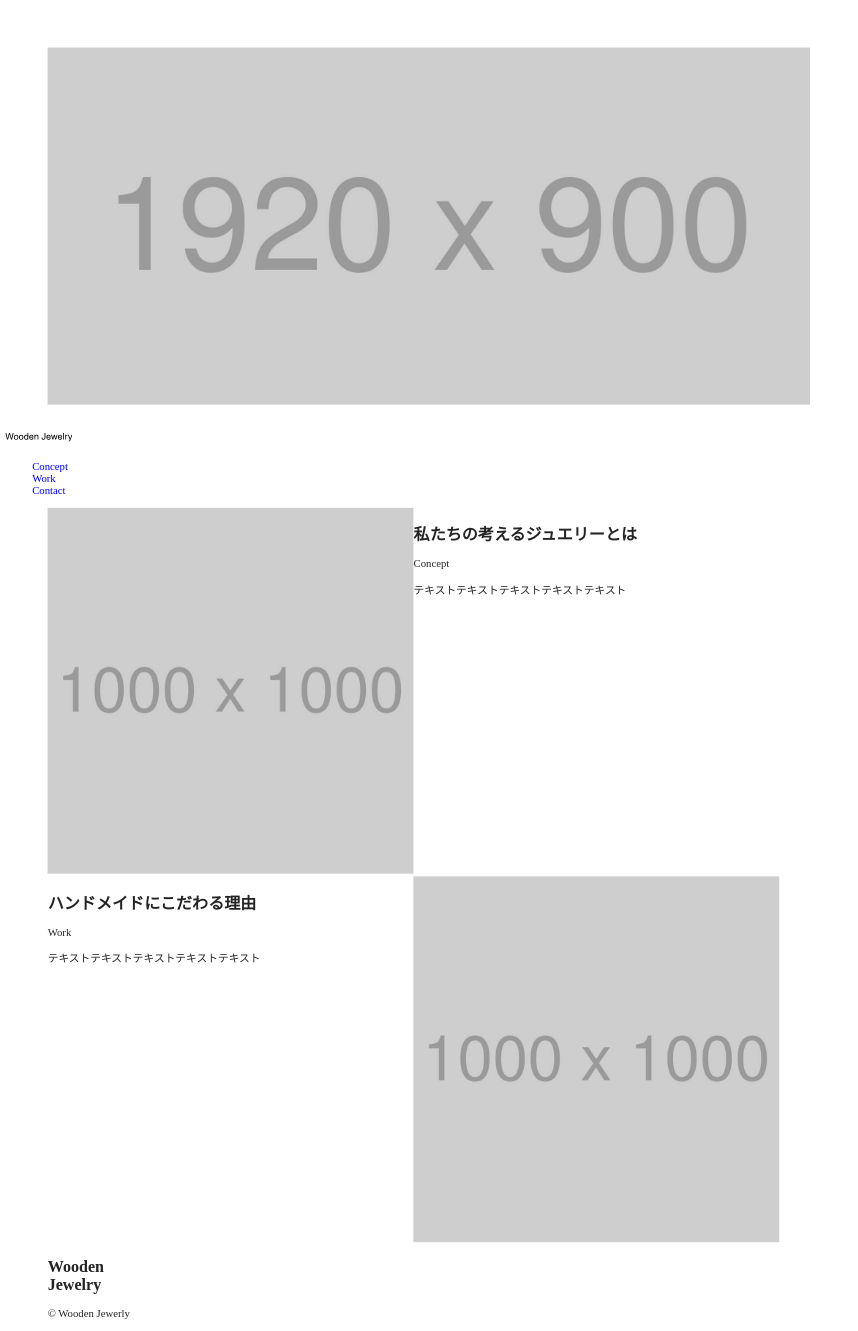
Repository: Fuki-san/jewelry
Page: http://localhost/jewelry
The author's editor kept a copy of each file at every save. The page is drawn from the files as they stood at one save, then again after the next save.
The browser window is 1280 px wide. The pictures show the whole page, at 67% of full size.
The page is served by the project's Laravel application, run on PHP 8.4 with Laravel 10. Other server files are loaded and not shown.

Above is the page before, as saved 2023-11-25 14:32:46.

### routes/web.php
<?php

use Illuminate\Support\Facades\Route;

/*
|--------------------------------------------------------------------------
| Web Routes
|--------------------------------------------------------------------------
|
| Here is where you can register web routes for your application. These
| routes are loaded by the RouteServiceProvider and all of them will
| be assigned to the "web" middleware group. Make something great!
|
*/

Route::get('/', function () {
    return view('welcome');
});

Route::get('jewelry', function () {
    return view('jewelry');
});

### resources/views/jewelry.blade.php
@extends('layouts.main')

@section('title', 'jewelry')

@section('content')
    <div id="mainvisual">
        <img src="img/mainvisual.jpg">
    </div>
    <header id="header">
        <h1 class="site-title"><a href="#"><img src="img/logo.svg"></a></h1>
        <nav>
            <ul>
                <li><a href="#concept">Concept</a></li>
                <li><a href="#work">Work</a></li>
                <li><a href="mailto:xxx@xxx.xxx?subject=お問い合わせ">Contact</a></li>
            </ul>
        </nav>
    </header>

    <div class="container">
        <main>
            <section id="concept" class="content">
                <div class="img">
                    <img src="img/concept.jpg">
                </div>
                <div class="text">
                    <h2 class="section-title">私たちの考えるジュエリーとは</h2>
                    <span class="section-title-en">Concept</span>
                    <p>テキストテキストテキストテキストテキスト</p>
                </div>
            </section>

            <section id="work" class="content">
                <div class="text">
                    <h2 class="section-title">ハンドメイドにこだわる理由</h2>
                    <span class="section-title-en">Work</span>
                    <p>テキストテキストテキストテキストテキスト</p>
                </div>
                <div class="img">
                    <img src="img/work.jpg">
                </div>
            </section>
        </main>

        <footer id="footer">
            <h2 class="site-title">Wooden Jewelry</h2>
            <p class="copyright">&copy; Wooden Jewerly</p>
        </footer>
    </div>

@endsection

### resources/views/layouts/main.blade.php
<!DOCTYPE html>
<html lang="ja">
<head>
    <meta charset="UTF-8">
    <meta name="viewport" content="width=device-width, initial-scale=1.0">
    <meta http-equiv="X-UA-Compatible" content="ie=edge">
    <link rel="stylesheet" href="{{ asset('css/reset.css') }}">
    <link rel="stylesheet" href="{{ asset('css/style.css') }}">
    <link rel="icon" href="img/favicon.ico">
    <title>@yield('title')</title>
</head>
<body>
    @yield('content')
</body>
</html>

### public/css/style.css
html{
    font-size: 100%;
}
body{
    /* font-family: ; */
    color: #242424;
}
li{
    list-style: none;
}
a{
    text-decoration: none;
}
.container{
    padding: 0 5%;
}

img{
    max-width: 100%;
}
.content{
    display: flex;
}
.img{
    width: 48%;
}
.text{
    width: 48%;
}

#mainvisual{
    padding: 5% 5% 0 5%;
}
.site-title{
    width: 100px;
}
#header{
    fle
}

### public/img/logo.svg
<?xml version="1.0" encoding="utf-8"?>
<!-- Generator: Adobe Illustrator 15.1.0, SVG Export Plug-In . SVG Version: 6.00 Build 0)  -->
<!DOCTYPE svg PUBLIC "-//W3C//DTD SVG 1.1//EN" "http://www.w3.org/Graphics/SVG/1.1/DTD/svg11.dtd">
<svg version="1.1" id="レイヤー_1" xmlns="http://www.w3.org/2000/svg" xmlns:xlink="http://www.w3.org/1999/xlink" x="0px"
	 y="0px" width="1000px" height="140px" viewBox="0 0 1000 140" enable-background="new 0 0 1000 140" xml:space="preserve">
<g>
	<path d="M39.405,111.195H25.498L0,13.294h14.317l18.271,79.63h0.273l21.952-79.63h14.454l21.953,79.63h0.273l18.271-79.63h14.59
		l-25.771,97.901H84.674l-22.362-81.13H62.04L39.405,111.195z"/>
	<path d="M160.348,37.837c22.771,0,33.133,19.226,33.133,37.634c0,18.407-10.362,37.633-33.133,37.633
		c-22.771,0-33.134-19.226-33.134-37.633C127.214,57.063,137.577,37.837,160.348,37.837z M160.348,102.741
		c17.18,0,20.726-17.726,20.726-27.27c0-9.545-3.545-27.271-20.726-27.271c-17.181,0-20.725,17.726-20.725,27.271
		C139.623,85.015,143.167,102.741,160.348,102.741z"/>
	<path d="M236.16,37.837c22.771,0,33.133,19.226,33.133,37.634c0,18.407-10.362,37.633-33.133,37.633
		c-22.771,0-33.134-19.226-33.134-37.633C203.026,57.063,213.389,37.837,236.16,37.837z M236.16,102.741
		c17.18,0,20.726-17.726,20.726-27.27c0-9.545-3.545-27.271-20.726-27.271c-17.181,0-20.725,17.726-20.725,27.271
		C215.435,85.015,218.979,102.741,236.16,102.741z"/>
	<path d="M342.105,111.195h-11.318v-9.817h-0.272c-5.182,9.681-13.362,11.863-20.316,11.863c-24.271,0-31.361-22.771-31.361-39.815
		c0-20.044,10.772-35.588,29.724-35.588c12.954,0,18.408,8.045,21.271,12.136l0.273-0.955V13.294h12V111.195z M310.471,102.877
		c7.637,0,19.499-5.044,19.499-23.998c0-11.59-1.909-30.271-19.226-30.271c-18.544,0-19.499,17.59-19.499,26.725
		C291.245,91.015,297.381,102.877,310.471,102.877z"/>
	<path d="M419.28,88.833c-0.408,3.409-3.681,13.499-12.681,19.499c-3.272,2.181-7.908,4.909-19.362,4.909
		c-20.043,0-31.907-15.135-31.907-35.725c0-22.089,10.636-39.679,34.225-39.679c20.589,0,30.679,16.363,30.679,41.588h-52.086
		c0,14.862,6.954,23.452,20.726,23.452c11.317,0,17.998-8.727,18.408-14.044H419.28z M407.827,69.88
		c-0.682-11.044-5.317-21.271-19.907-21.271c-11.045,0-19.771,10.227-19.771,21.271H407.827z"/>
	<path d="M492.638,111.195h-11.999V67.29c0-12.408-3.545-18.681-15.271-18.681c-6.817,0-18.817,4.363-18.817,23.726v38.86h-11.998
		V39.882h11.317v10.09h0.273c2.59-3.818,9.271-12.136,21.543-12.136c11.044,0,24.952,4.5,24.952,24.816V111.195z"/>
	<path d="M554.132,79.697v6.818c0,11.726,5.591,15.953,14.727,15.953c12.271,0,15.68-7.363,15.68-16.908V13.294h13.227v71.449
		c0,22.907-14.999,29.043-28.225,29.043c-22.771,0-27.815-15.272-27.815-24.407v-9.681H554.132z"/>
	<path d="M676.985,88.833c-0.409,3.409-3.682,13.499-12.681,19.499c-3.272,2.181-7.908,4.909-19.362,4.909
		c-20.044,0-31.906-15.135-31.906-35.725c0-22.089,10.636-39.679,34.225-39.679c20.589,0,30.679,16.363,30.679,41.588h-52.086
		c0,14.862,6.954,23.452,20.726,23.452c11.317,0,17.998-8.727,18.407-14.044H676.985z M665.531,69.88
		c-0.681-11.044-5.316-21.271-19.906-21.271c-11.045,0-19.771,10.227-19.771,21.271H665.531z"/>
	<path d="M715.574,111.195h-12.407l-20.59-71.313h13.091l13.634,56.041h0.273l13.771-56.041h13.362l13.908,56.041h0.273
		l14.453-56.041h11.998l-20.725,71.313h-12.409l-14.453-55.223h-0.272L715.574,111.195z"/>
	<path d="M847.153,88.833c-0.409,3.409-3.682,13.499-12.681,19.499c-3.272,2.181-7.908,4.909-19.362,4.909
		c-20.044,0-31.906-15.135-31.906-35.725c0-22.089,10.635-39.679,34.225-39.679c20.589,0,30.679,16.363,30.679,41.588h-52.086
		c0,14.862,6.954,23.452,20.726,23.452c11.317,0,17.998-8.727,18.407-14.044H847.153z M835.699,69.88
		c-0.682-11.044-5.316-21.271-19.906-21.271c-11.045,0-19.771,10.227-19.771,21.271H835.699z"/>
	<path d="M874.695,111.195h-11.998V13.294h11.998V111.195z"/>
	<path d="M906.327,111.195h-11.999V39.882h11.318v11.863h0.271c4.772-8.318,11.045-13.909,20.045-13.909
		c1.499,0,2.181,0.137,3.135,0.409v12.408h-4.499c-11.182,0-18.271,8.727-18.271,19.09V111.195z"/>
	<path d="M986.774,39.882H1000c-8.317,23.316-16.499,46.633-25.634,69.949c-11.317,28.907-12.544,30.543-27.953,30.543
		c-1.772,0-3.135-0.545-5.044-1.091v-10.908c1.499,0.545,3.954,1.227,7.227,1.227c6.272,0,6.954-1.772,12.681-16.499l-26.453-73.221
		h13.636l18.953,58.086h0.273L986.774,39.882z"/>
</g>
</svg>

After the next save:
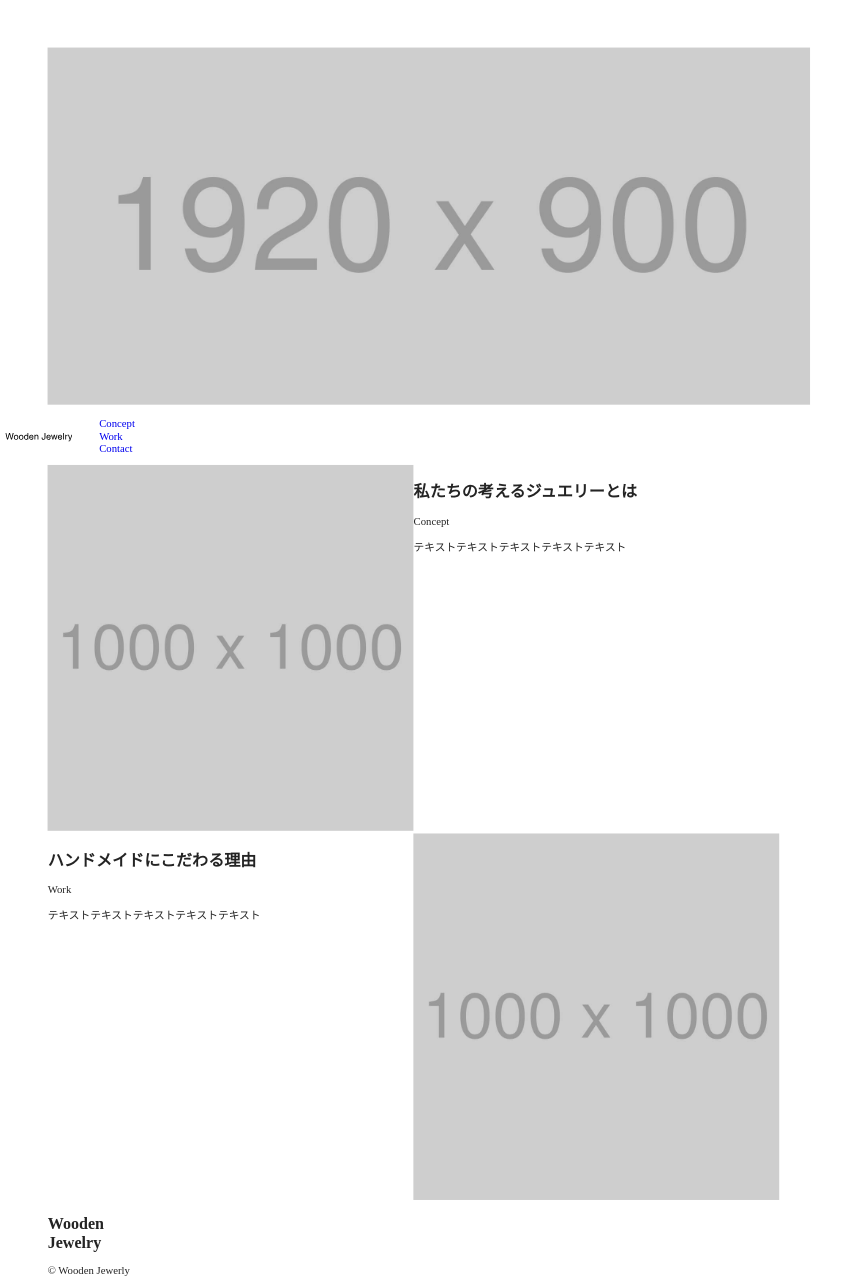
Saved 5 s later.
--- a/public/css/style.css
+++ b/public/css/style.css
@@ -35,5 +35,5 @@ img{
     width: 100px;
 }
 #header{
-    fle
+    display: flex;
 }
